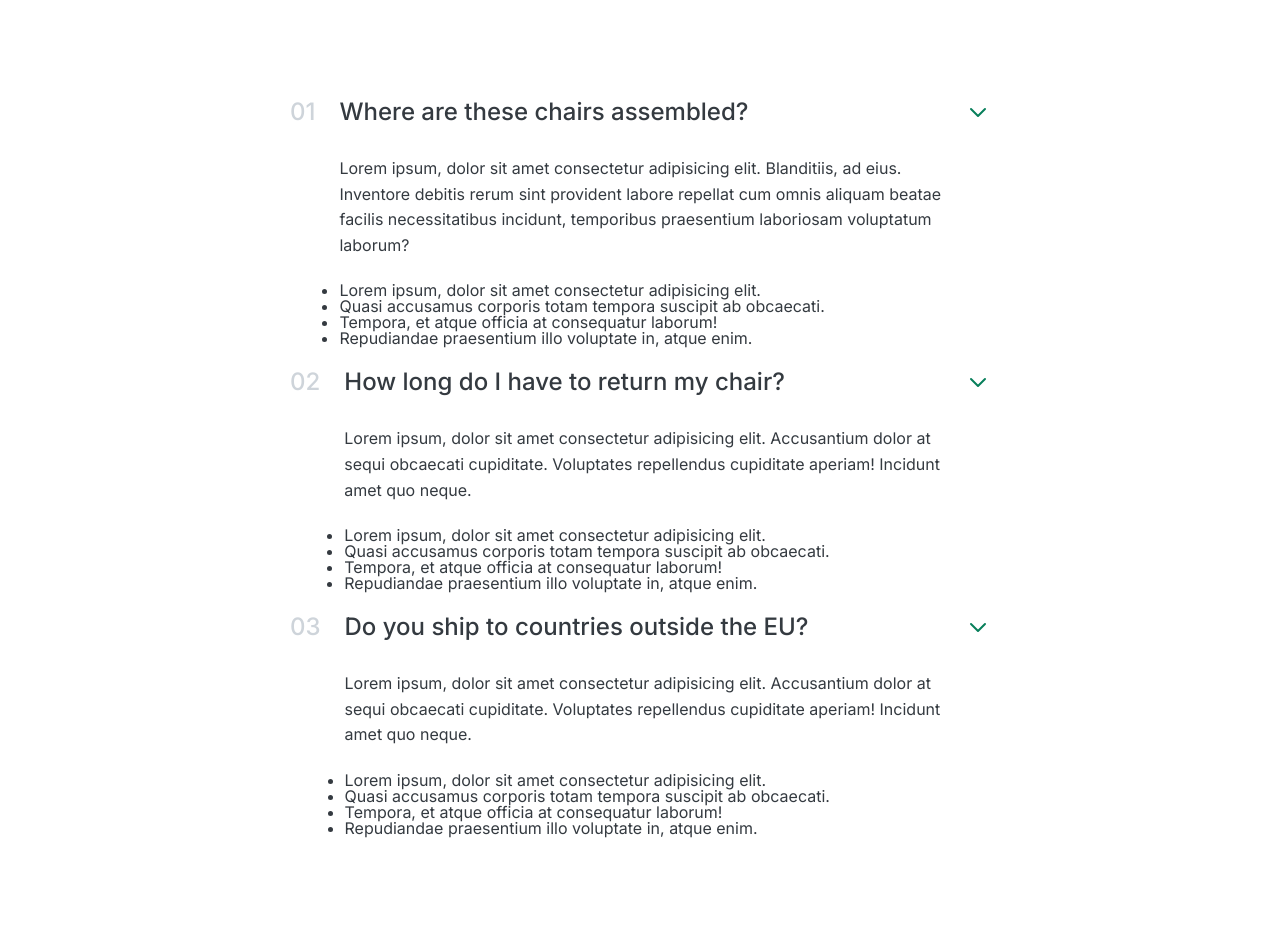
Repository: nghiakma/HTML-CSS-Fundamental
Page: Component_LayoutPatterns/accordion.html
These files come from the project's save history. The page is drawn as it stood at one moment and after the next save; the edit follows.
The browser window is 1280 px wide. The pictures show the whole page.

Above is the page before, as saved 2023-08-26 11:11:47.

After the next save:
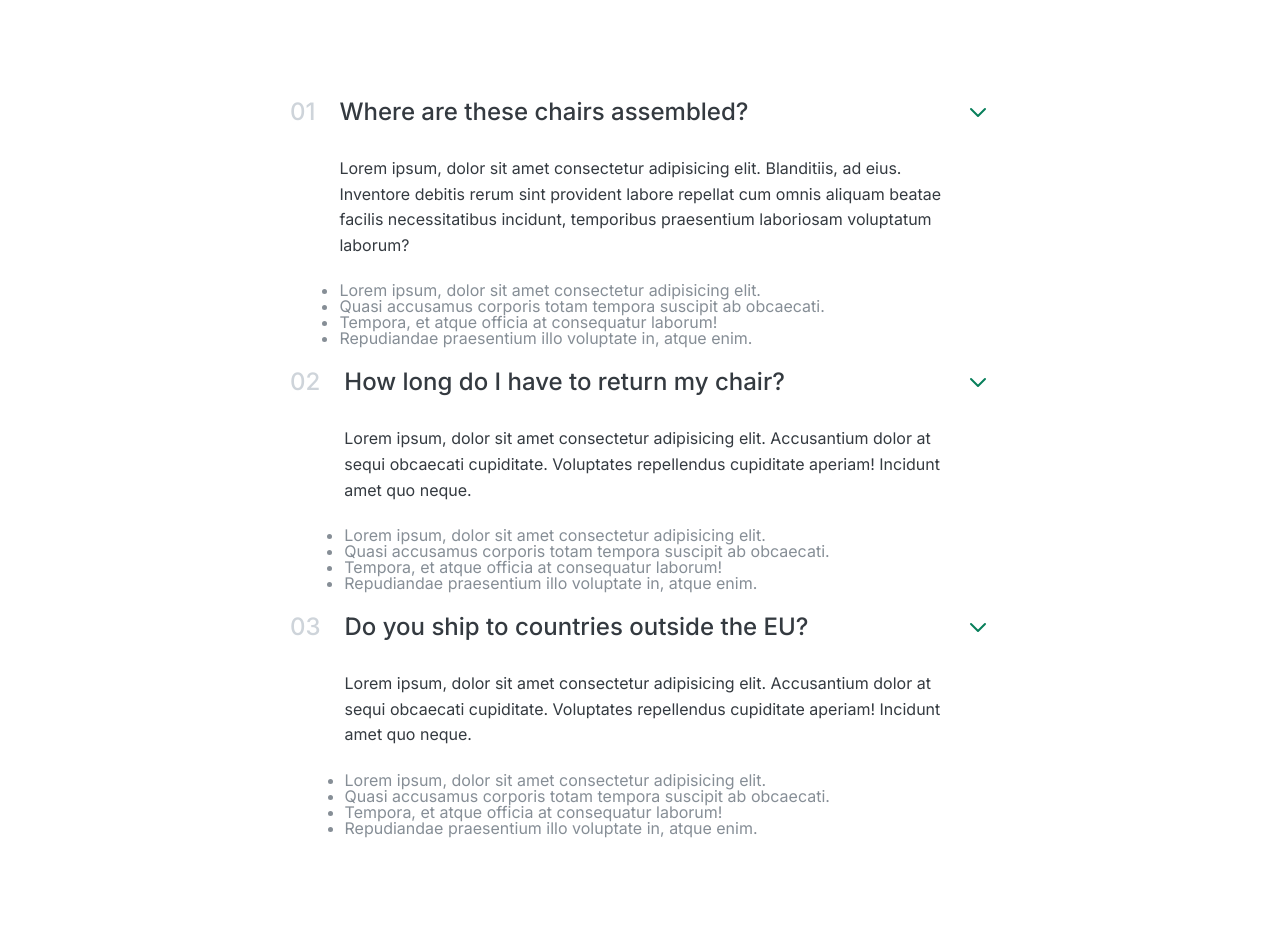
Saved 6 s later.
--- a/Component_LayoutPatterns/accordion.html
+++ b/Component_LayoutPatterns/accordion.html
@@ -70,7 +70,9 @@
       margin-bottom: 24px;
     }
 
-    .hidden-box ul {}
+    .hidden-box ul {
+      color: #868e96;
+    }
   </style>
 </head>
 <!--Accordion la mot danh sach dc sap xep theo chieu doc hay chieu ngang
